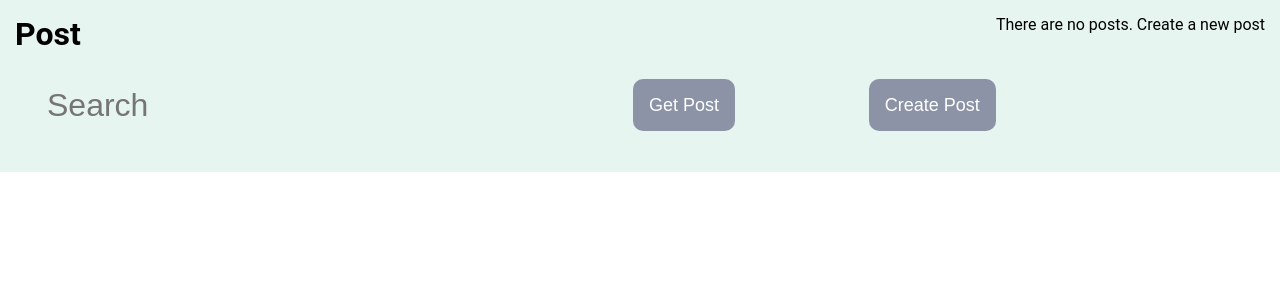
Repository: Axeliriya/vue-todo
Page: /
An editor plug-in stored every save of this project. The page is shown before and after the next save, followed by the edit.
The browser window is 1280 px wide. The pictures show the whole page.
The page's requests for data from a server got no answer. The project was rebuilt for these pictures with package versions that can differ from the ones it lists, and the page was loaded fresh each time. No one was signed in, and anything a server would have sent is missing. Also part of the build but not shown: vue.config.js, src/components/PostItem.vue, src/components/PostForm.vue.

Above is the page before, as saved 2022-04-02 01:35:04.

### public/index.html
<!DOCTYPE html>
<html lang="">
  <head>
    <meta charset="utf-8">
    <meta name="viewport" content="width=device-width,initial-scale=1.0">
    <link rel="icon" href="<%= BASE_URL %>favicon.ico">
    <title>Todo</title>
  </head>
  <body>
    <div id="app"></div>
  </body>
</html>

### src/main.js
import { createApp } from 'vue';
import App from './App';
import components from '@/components/UI';

const app = createApp(App);

components.forEach(component => {
  app.component(component.name, component);
});

app.mount('#app');

### src/App.vue
<template>
  <div class="app">
    <header class="header">
      <h1 class="title">Post</h1>
      <div class="head">
        <custom-input placeholder="Search" />
        <custom-btn @click="fetchPosts">Get Post</custom-btn>
        <custom-btn @click="showModal">Create Post</custom-btn>
      </div>
    </header>
    <div class="loader" v-if="isLoading"><span>Loading...</span></div>
    <post-list v-else :posts="posts" @remove="removePost" />
    <custom-modal v-model:show="show"
      ><post-form v-model:show="show" @create="createPost"
    /></custom-modal>
  </div>
</template>

<script>
import axios from 'axios';
import PostList from '@/components/PostList';
import PostForm from '@/components/PostForm';

export default {
  components: {
    PostList,
    PostForm,
  },
  data() {
    return {
      posts: [],
      show: false,
      isLoading: false,
    };
  },
  methods: {
    createPost(post) {
      this.posts.push(post);
      this.show = false;
    },
    removePost(post) {
      this.posts = this.posts.filter(({ id }) => id !== post.id);
    },
    showModal() {
      this.show = true;
    },
    async fetchPosts() {
      this.isLoading = true;
      try {
        const { data } = await axios.get(
          'https://jsonplaceholder.typicode.com/posts?_limit=10',
        );
        this.posts = [...this.posts, ...data];
      } catch (e) {
        console.log(e?.message);
      } finally {
        this.isLoading = false;
      }
    },
  },
  mounted() {
    this.fetchPosts();
  },
};
</script>

<style>
* {
  margin: 0;
  padding: 0;
  box-sizing: border-box;
}

body {
  font-family: 'Roboto', sans-serif;
}

ul {
  list-style-type: none;
}

img {
  display: block;
  width: 100%;
  height: auto;
}

.app {
  display: grid;
  grid-template-columns: auto 1fr auto;
  padding: 15px;
  background-color: #e7f5f1;
}

.header {
  grid-template-columns: 1fr;
  grid-column: 2/ -2;
}

.head {
  display: flex;
  justify-content: space-between;
  align-items: center;
}

.loader {
  grid-column: 2/ -2;
  text-align: center;
}
</style>

### src/components/UI/index.js
import CustomBtn from '@/components/UI/CustomBtn';
import CustomInput from '@/components/UI/CustomInput';
import CustomModal from '@/components/UI/CustomModal';

export default [CustomBtn, CustomInput, CustomModal];

### src/components/PostList.vue
<template>
  <ul class="posts" v-if="posts.length > 0">
    <post-item
      v-for="post in posts"
      :post="post"
      :key="post.id"
      @remove="$emit('remove', post)"
    />
  </ul>
  <div class="posts__error" v-else>
    <span>There are no posts. Create a new post</span>
  </div>
</template>

<script>
import PostItem from '@/components/PostItem';

export default {
  components: {
    PostItem,
  },
  props: {
    posts: {
      type: Array,
      required: true,
    },
  },
};
</script>

<style scoped>
.posts {
  display: grid;
  grid-template-columns: 1fr;
  gap: 20px;
  grid-column: 2 / -2;
}

.posts__error {
  text-align: center;
}
</style>

### src/components/UI/CustomBtn.vue
<template>
  <button class="button"><slot></slot></button>
</template>

<script>
export default {
  name: 'custom-btn',
};
</script>

<style scoped>
.button {
  border: none;
  background: rgb(3, 2, 53, 0.4);
  border-radius: 10px;
  padding: 16px;
  color: #ffffff;
  font-weight: 500;
  font-size: 18px;
  line-height: 20px;
  cursor: pointer;
}

.button:hover {
  background: rgb(3, 2, 53, 0.5);
}
</style>

### src/components/UI/CustomInput.vue
<template>
  <input class="input" :value="modelValue" @input="updateInput" type="text" />
</template>

<script>
export default {
  name: 'custom-input',
  props: {
    modelValue: [String, Number],
  },
  methods: {
    updateInput(e) {
      this.$emit('update:modelValue', e.target.value);
    },
  },
};
</script>

<style scoped>
.input {
  background-color: transparent;
  border: none;
  padding: 32px;
  font-weight: 400;
  font-size: 32px;
  line-height: 40px;
}
</style>

### src/components/UI/CustomModal.vue
<template>
  <div class="overlay" v-if="show" @click="showModal">
    <div class="modal" @click.stop>
      <slot></slot>
    </div>
  </div>
</template>

<script>
export default {
  name: 'custom-modal',
  props: {
    show: {
      type: Boolean,
      default: false,
    },
  },
  methods: {
    showModal() {
      this.$emit('update:show', false);
    },
  },
};
</script>

<style scoped>
.overlay {
  position: fixed;
  top: 0;
  left: 0;
  right: 0;
  bottom: 0;
  background-color: rgb(0, 0, 0, 0.2);
  display: flex;
  justify-content: end;
}

.modal {
  padding: 15px;
  background-color: #fff;
}
</style>

After the next save:
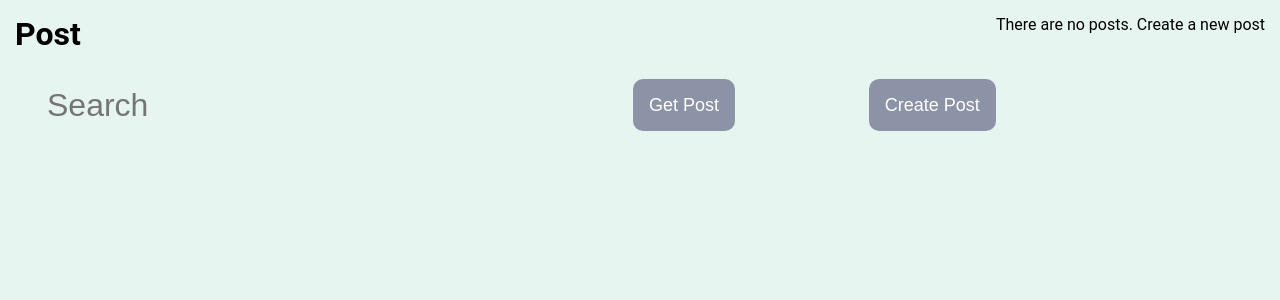
Saved 72 s later.
--- a/src/App.vue
+++ b/src/App.vue
@@ -88,7 +88,9 @@ img {
 .app {
   display: grid;
   grid-template-columns: auto 1fr auto;
+  grid-template-rows: 1fr;
   padding: 15px;
+  height: 100vh;
   background-color: #e7f5f1;
 }
 
